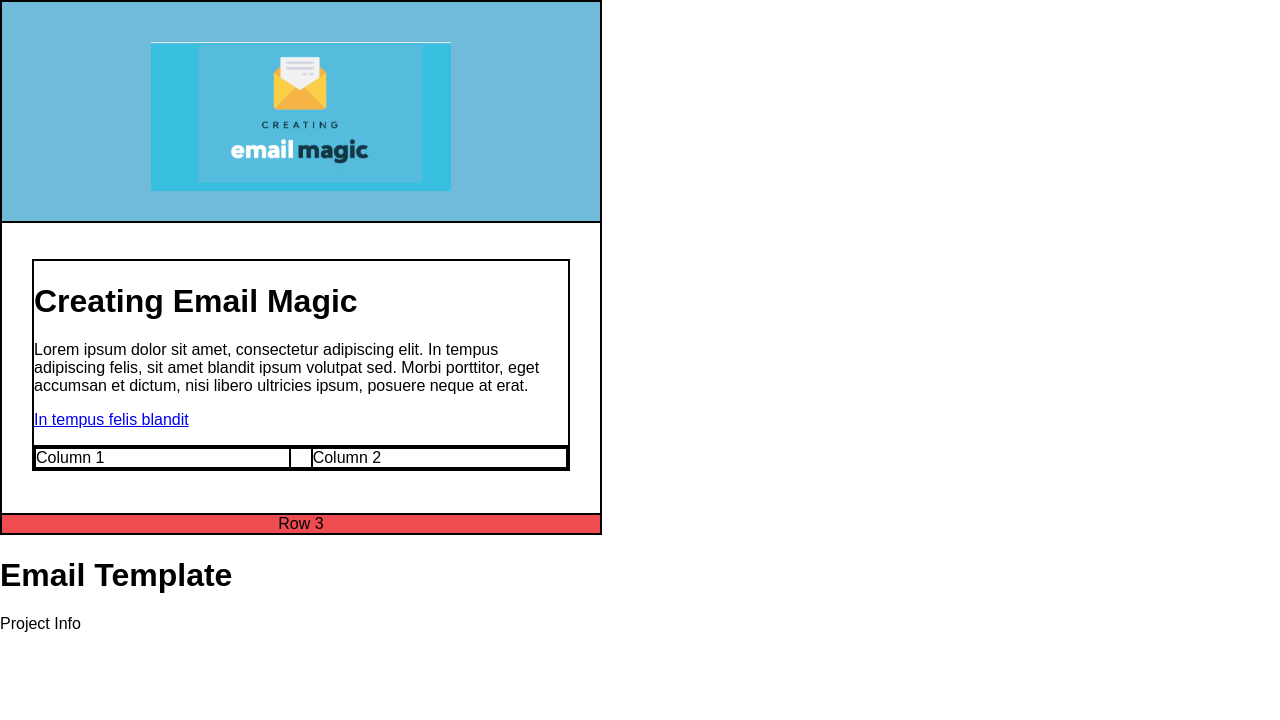
Repository: MikeeBuilds/email-template
Page: index.html
The author's editor kept a copy of each file at every save. The page is drawn from the files as they stood at one save, then again after the next save.
The browser window is 1280 px wide. The pictures show the whole page.

Above is the page before, as saved 2022-11-21 16:17:20.

After the next save:
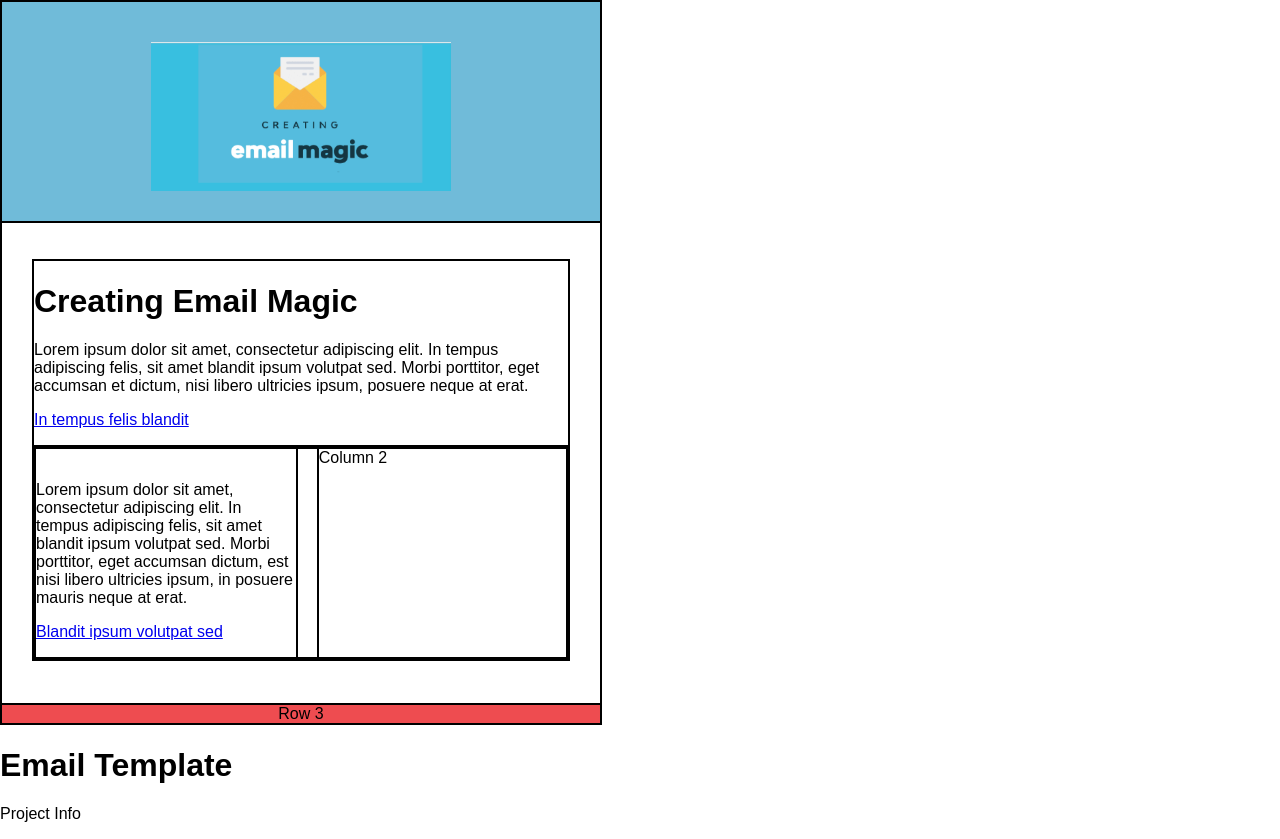
Not found: images/left.gif
Saved 3 min 4 s later.
--- a/index.html
+++ b/index.html
@@ -48,7 +48,9 @@
                             <table role="presentation" style="width:100%;border-collapse:collapse;border:0;border-spacing:0;">
                                 <tr>
                                     <td style="width:260px;padding:0;vertical-align:top;">
-                                        Column 1
+                                        <p><img src="images/left.gif" alt="" width="260" style="height:auto;display:block;" /></p>
+            <p>Lorem ipsum dolor sit amet, consectetur adipiscing elit. In tempus adipiscing felis, sit amet blandit ipsum volutpat sed. Morbi porttitor, eget accumsan dictum, est nisi libero ultricies ipsum, in posuere mauris neque at erat.</p>
+            <p><a href="http://www.example.com">Blandit ipsum volutpat sed</a></p>
                                     </td>
                                     <td style="width:20px;padding:0;font-size:0;line-height:0;">&nbsp;</td>
                                     <td style="width:260px;padding:0;vertical-align:top;">
